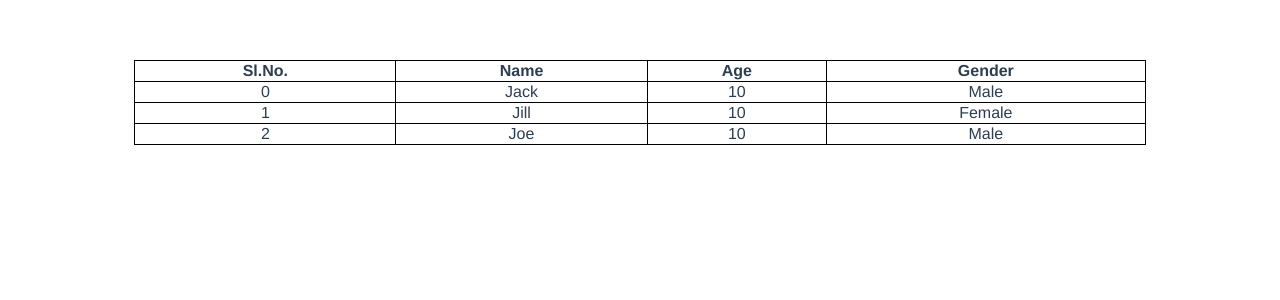
Repository: tysonpaul89/vue-student-crud
Page: /
The author's editor kept a copy of each file at every save. The page is drawn from the files as they stood at one save, then again after the next save.
The browser window is 1280 px wide. The pictures show the whole page.
The project was rebuilt for these pictures with package versions that can differ from the ones it lists, and the page was loaded fresh each time.

Above is the page before, as saved 2020-04-10 17:00:47.

After the next save:
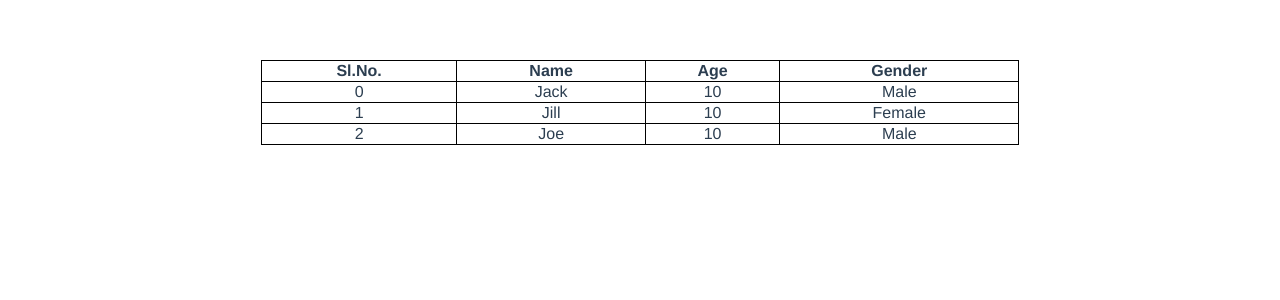
Saved 31 s later.
--- a/src/components/StudentListng.vue
+++ b/src/components/StudentListng.vue
@@ -38,7 +38,7 @@ export default {
 <style scoped>
     table {
         border-collapse: collapse;
-        width: 80%;
+        width: 60%;
         margin: 0 auto;
     }
 
